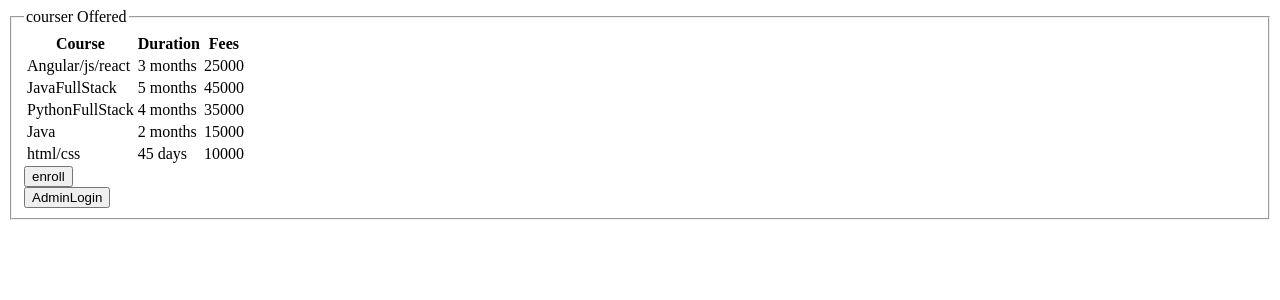
Repository: JanapatlaManojReddy/java
Page: http://localhost/institutionProject/
The author's editor kept a copy of each file at every save. The page is drawn from the files as they stood at one save, then again after the next save.
The browser window is 1280 px wide. The pictures show the whole page.
The page is served by Tomcat 9. Other server files are loaded and not shown.

Above is the page before, as saved 2023-08-19 11:14:07.

### institutionProject/src/main/webapp/welcome.jsp
<%@ page language="java" contentType="text/html; charset=ISO-8859-1"
    pageEncoding="ISO-8859-1"%>
<!DOCTYPE html>
<html>
<head>
<meta charset="ISO-8859-1">
<title>welcome to coding hub </title>
</head>
<body>
<form>
<fieldSet>
<legend>courser Offered</legend>
<table>
<tr>
<th>Course </th>
<th>Duration</th>
<th>Fees</th>
</tr>
<tr>
<td>Angular/js/react</td>
<td>3 months</td>
<td>25000</td>

</tr>
<tr>
<td>JavaFullStack</td>
<td>5 months</td>
<td>45000</td>

</tr>
<tr>
<td>PythonFullStack</td>
<td>4 months</td>
<td>35000</td>

</tr>
<tr>
<td>Java</td>
<td>2 months</td>
<td>15000</td>

</tr>
<tr>
<td>html/css</td>
<td>45 days</td>
<td>10000</td>

</tr>
</table>
</feildSet>
<div><span><button a href="StudentRegistration.jsp"></a>enroll</button></span>
</div>
<div><span><button a href="ManagementLogin.jsp"></a>AdminLogin</button></span>
</div>
</form>

</body>
</html>

After the next save:
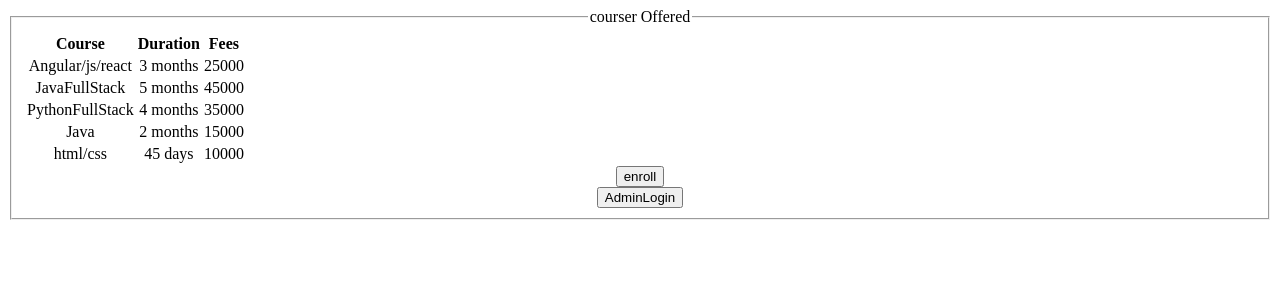
Saved 39 s later.
--- a/institutionProject/src/main/webapp/welcome.jsp
+++ b/institutionProject/src/main/webapp/welcome.jsp
@@ -8,7 +8,7 @@
 </head>
 <body>
 <form>
-<fieldSet>
+<fieldSet align="center">
 <legend>courser Offered</legend>
 <table>
 <tr>
